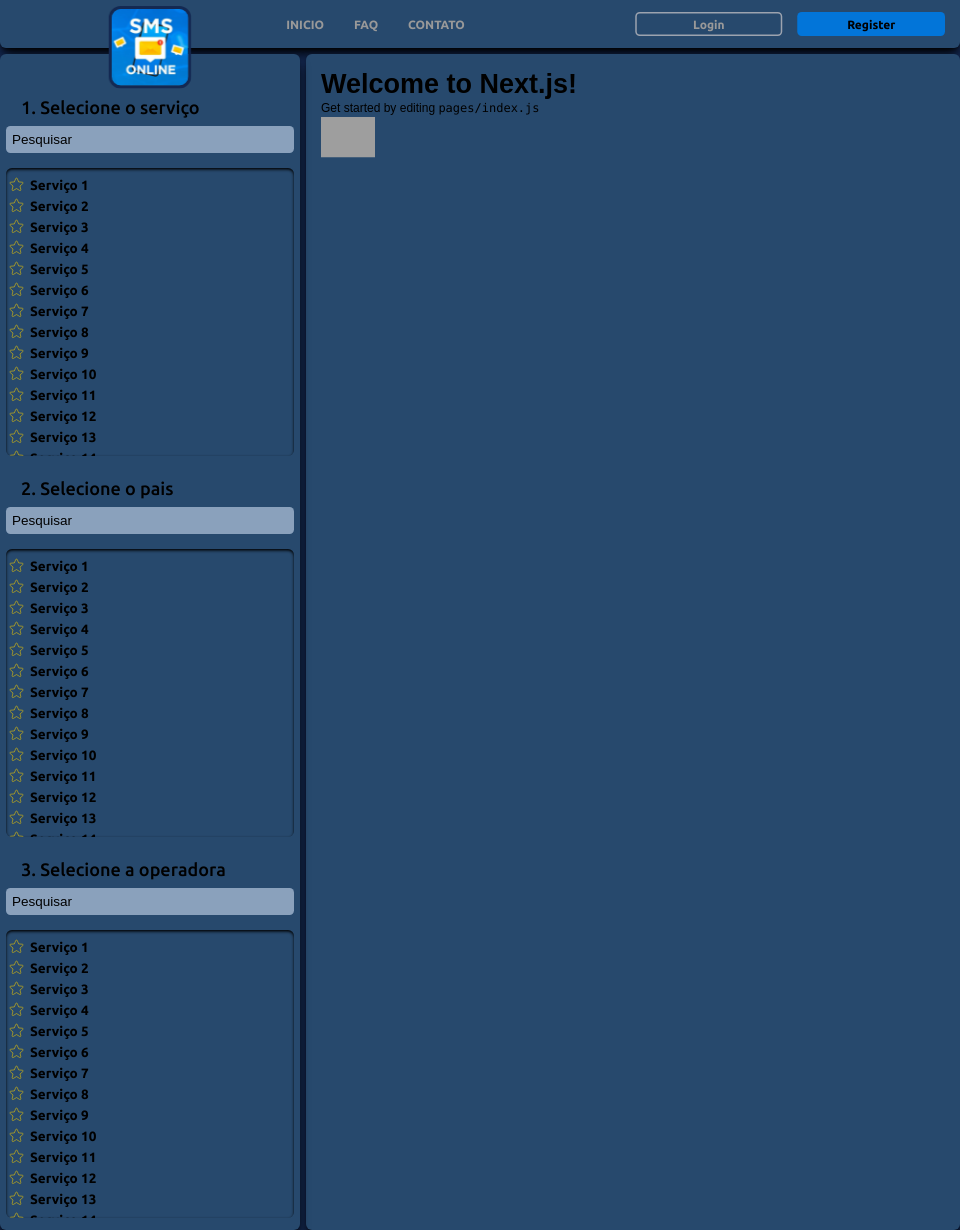
Repository: Felipe-Henrique-Dev/-DIOGO-SMS
Page: /
These files come from the project's save history. The page is drawn as it stood at one moment and after the next save; the edit follows.
The browser window is 1280 px wide. The pictures show the whole page, at 75% of full size.
Pictures or frames that could not be fetched are drawn as grey boxes. The project was rebuilt for these pictures with package versions that can differ from the ones it lists, and the page was loaded fresh each time. The framework's server and built-in components were replaced by stand-ins that run in the browser. Also part of the build but not shown: next.config.ts.

Above is the page before, as saved 2024-12-16 23:00:12.

After the next save:
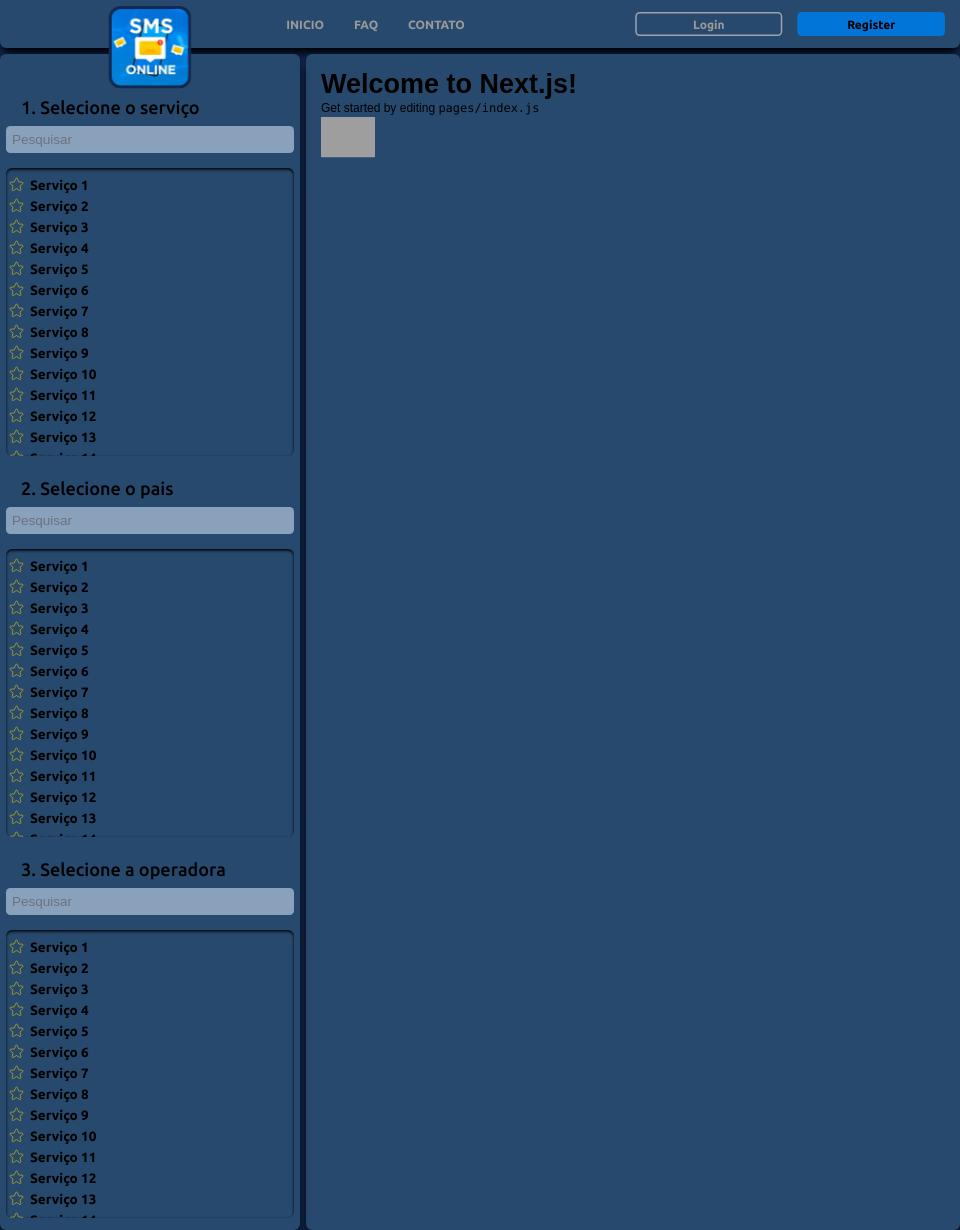
Saved 25 s later.
--- a/src/components/main/Input.tsx
+++ b/src/components/main/Input.tsx
@@ -64,7 +64,7 @@ export const Input = ({
                 placeholder={placeholder}
                 {...register}
                 className={cn(
-                    "p-2 rounded-md relative w-full placeholder:text-black ",
+                    "p-2 rounded-md relative w-full placeholder:text-gray-500 ",
                     classNameInput,
                     bgColors[bgColor]
                 )}
